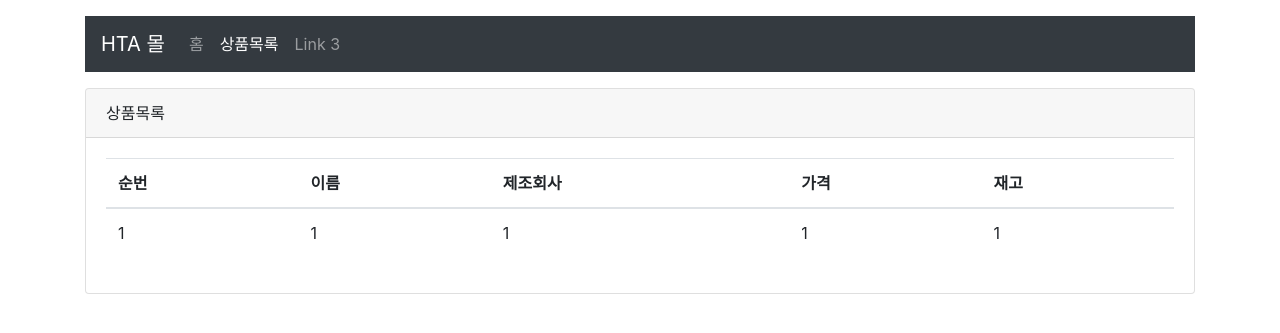
Repository: onuo77/HTA
Page: http://localhost/sample-mybatis/product/list.jsp
An editor plug-in stored every save of this project. The page is shown before and after the next save, followed by the edit.
The browser window is 1280 px wide. The pictures show the whole page.
The page is served by Tomcat 9. Other server files are loaded and not shown.

Above is the page before, as saved 2021-05-25 08:27:31.

### java-web/sample-mybatis/src/main/webapp/product/list.jsp
<%@ page language="java" contentType="text/html; charset=UTF-8"
    pageEncoding="UTF-8"%>
<!DOCTYPE html>
<html>
<head>
<meta charset="UTF-8">
<meta name="viewport" content="width=device-width, initial-scale=1">
<link rel="stylesheet" href="https://maxcdn.bootstrapcdn.com/bootstrap/4.5.2/css/bootstrap.min.css">
<title>상품몰</title>
</head>
<body>
<div class="container">
	<nav class="navbar navbar-expand-sm bg-dark navbar-dark my-3">
		<a class="navbar-brand" href="">HTA 몰</a>
	  	<ul class="navbar-nav">
	    	<li class="nav-item"><a class="nav-link" href="/sample-mybatis/index.jsp">홈</a></li>
	    	<li class="nav-item active"><a class="nav-link" href="/sample-mybatis/product/list.jsp">상품목록</a></li>
	    	<li class="nav-item"><a class="nav-link" href="#">Link 3</a></li>
	  	</ul>
	</nav>
	<div class="row">
		<div class="col-12">
			<div class="card">
				<div class="card-header">상품목록</div>
				<div class="card-body">
					<table class="table">
						<thead>
							<tr>
								<th>순번</th>
								<th>이름</th>
								<th>제조회사</th>
								<th>가격</th>
								<th>재고</th>
							</tr>
						</thead>
						<tbody>
							<tr>
								<td>1</td>
								<td>1</td>
								<td>1</td>
								<td>1</td>
								<td>1</td>
							</tr>
						</tbody>
					</table>
				</div>
			</div>
		</div>
	</div>
</div>
</body>
</html>

After the next save:
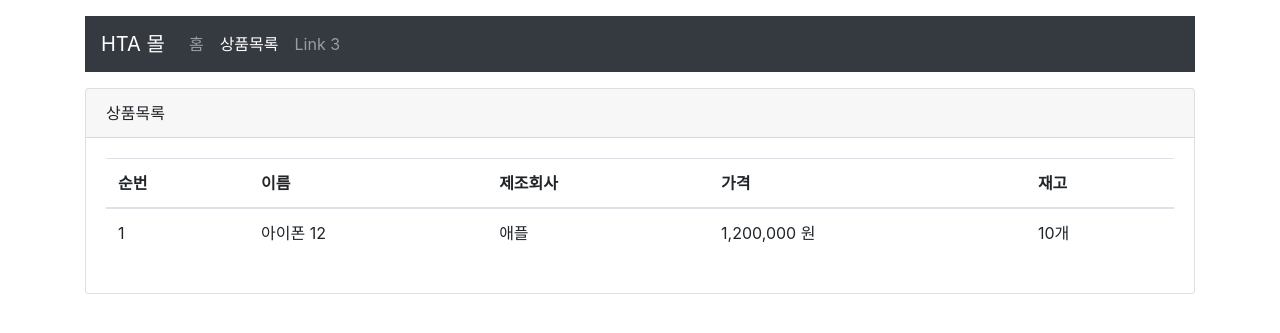
Saved 17 s later.
--- a/java-web/sample-mybatis/src/main/webapp/product/list.jsp
+++ b/java-web/sample-mybatis/src/main/webapp/product/list.jsp
@@ -36,10 +36,10 @@
 						<tbody>
 							<tr>
 								<td>1</td>
-								<td>1</td>
-								<td>1</td>
-								<td>1</td>
-								<td>1</td>
+								<td>아이폰 12</td>
+								<td>애플</td>
+								<td>1,200,000 원</td>
+								<td>10개</td>
 							</tr>
 						</tbody>
 					</table>
